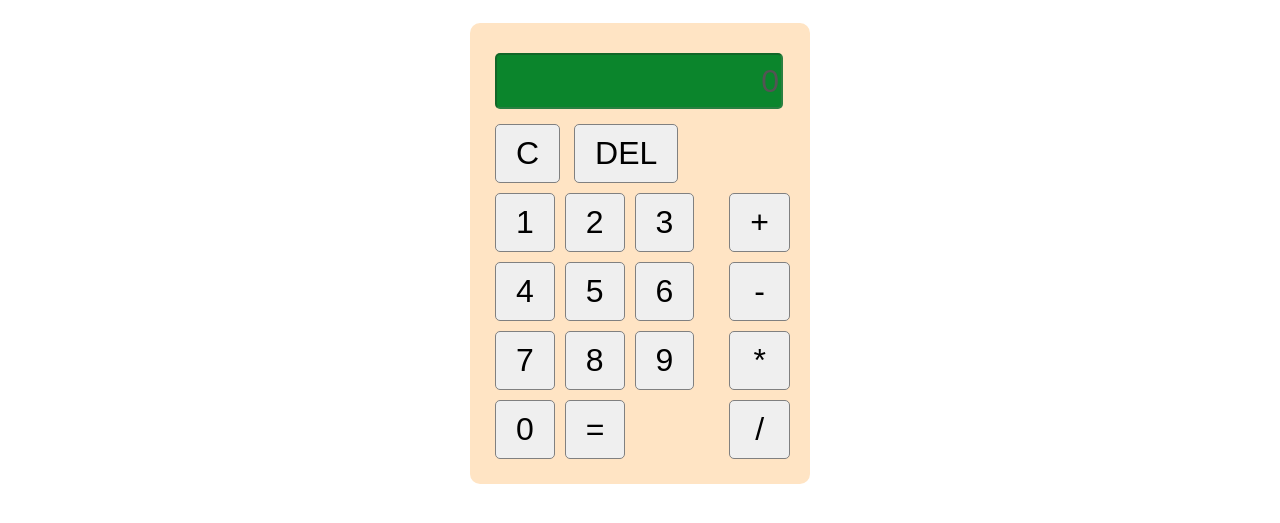
Repository: jaskeat/Calculator
Page: index.html
An editor plug-in stored every save of this project. The page is shown before and after a run of saves, followed by the edit.
The browser window is 1280 px wide. The pictures show the whole page.

Above is the page before, as saved 2024-09-05 13:24:29.

### index.html
<!DOCTYPE html>
<html lang="en">
	<head>
		<meta charset="UTF-8" />
		<meta name="viewport" content="width=device-width, initial-scale=1.0" />
		<title>Calculator</title>
		<link rel="stylesheet" href="style.css" />
	</head>
	<body>
		<div class="calculator">
			<div class="display">
				<input type="text" class="display-input" value="0" disabled />
			</div>

			<div class="extrabtn">
				<button class="btn" onclick="clearDisplay()">C</button>
				<button class="btn" onclick="deleteLast()">DEL</button>
			</div>

			<div class="buttons">
				<div class="operators">
					<button class="btn" onclick="append('+')">+</button>
					<button class="btn" onclick="append('-')">-</button>
					<button class="btn" onclick="append('*')">*</button>
					<button class="btn" onclick="append('/')">/</button>
				</div>

				<div class="numbers">
					<button class="btn" onclick="append('1')">1</button>
					<button class="btn" onclick="append('2')">2</button>
					<button class="btn" onclick="append('3')">3</button>
					<button class="btn" onclick="append('4')">4</button>
					<button class="btn" onclick="append('5')">5</button>
					<button class="btn" onclick="append('6')">6</button>
					<button class="btn" onclick="append('7')">7</button>
					<button class="btn" onclick="append('8')">8</button>
					<button class="btn" onclick="append('9')">9</button>
					<button class="btn" onclick="append('0')">0</button>
					<button class="btn" onclick="calculate()">=</button>
				</div>
			</div>
		</div>
		<script src="script.js"></script>
	</body>
</html>

### style.css
body {
	display: flex;
	justify-content: center;
	align-items: center;
}

.calculator {
	width: 300px;
	max-width: 600px;
	height: auto;
	margin: 15px;
	padding: 20px;
	background-color: bisque;
	border-radius: 10px;
}

button {
	border-radius: 5px;
	border: 1px grey solid;
	font-size: 1.3rem;
}

button:hover {
	background-color: lightgrey;
	cursor: pointer;
}

input {
	width: 280px;
	height: 50px;
	font-size: 2rem;
	text-align: right;
	border-radius: 5px;
	margin: 10px 5px;
	background-color: rgb(11, 133, 44);
}

.operators {
	display: flex;
	flex-direction: column;
	width: auto;
}

.operators button {
	width: auto;
	height: auto;
	margin: 5px 0;
}

.numbers {
	display: flex;
	flex-wrap: wrap;
	height: auto;
	width: 250px;
}

.buttons {
	display: flex;
	flex-direction: row-reverse;
	justify-content: space-between;
	font-size: 2rem;
}

.btn {
	font-size: 2rem;
	padding: 10px 20px;
	margin: 5px;
}

Loaded but not shown: script.js (no copy from this time; the picture is the same without it)

After the next 2 saves:
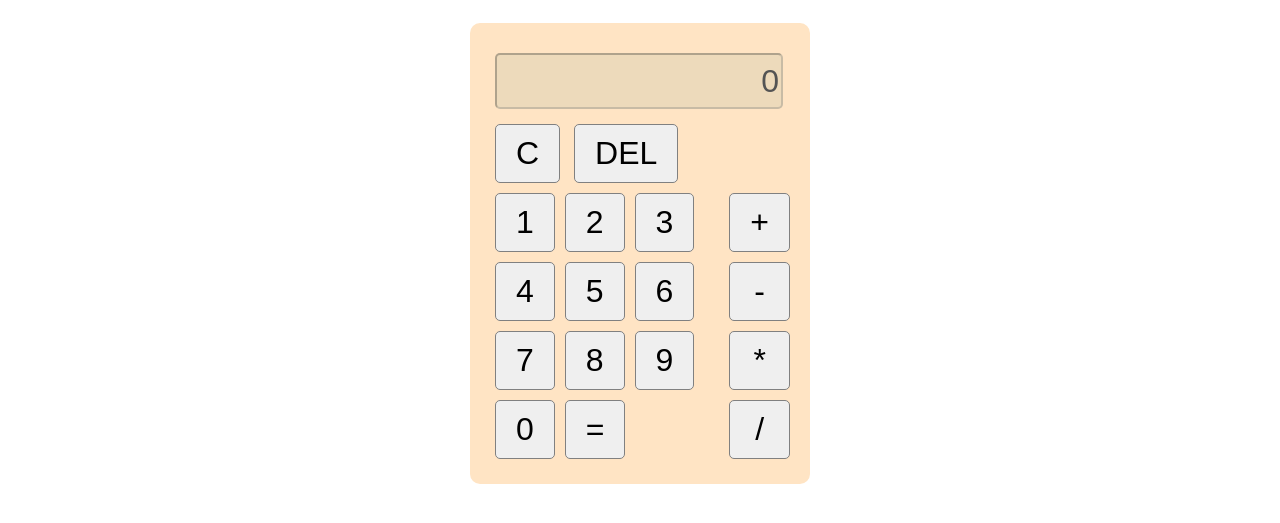
The 2 saves are shown as one change because they came seconds apart.
The last was saved 12 s later.
--- a/style.css
+++ b/style.css
@@ -32,7 +32,7 @@ input {
 	text-align: right;
 	border-radius: 5px;
 	margin: 10px 5px;
-	background-color: rgb(11, 133, 44);
+	background-color: rgb(237, 218, 187);
 }
 
 .operators {
